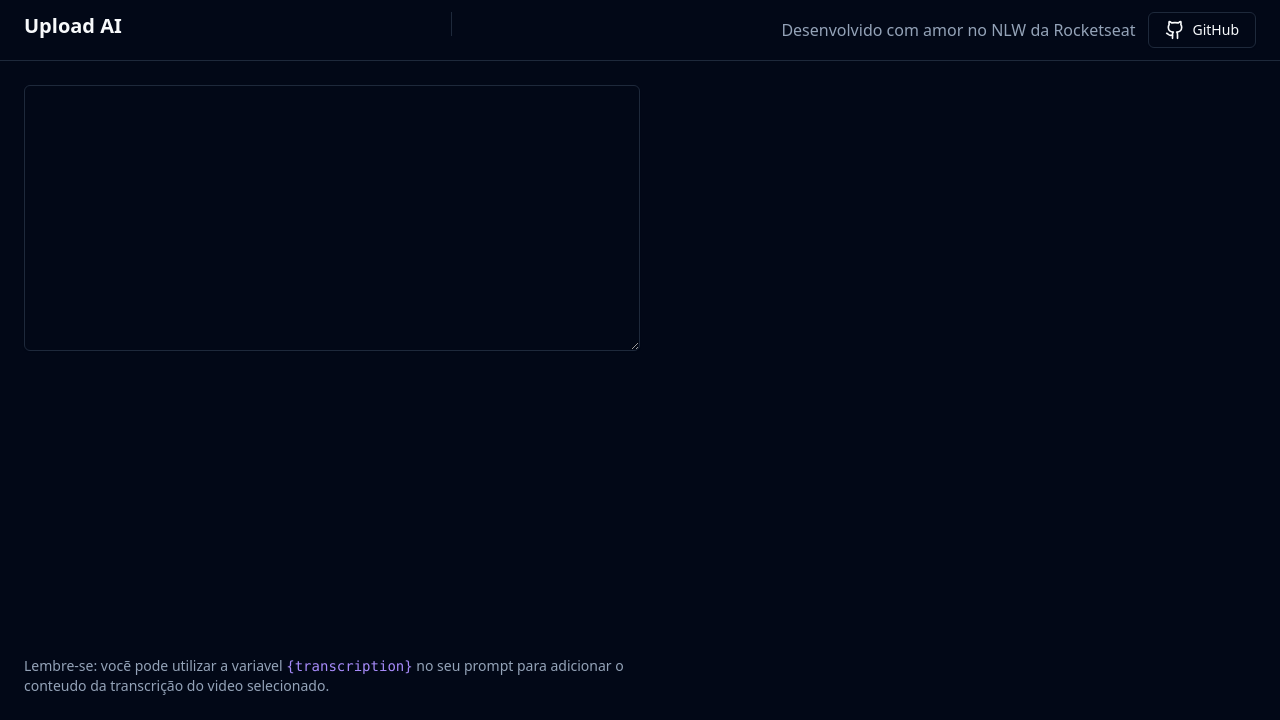
Repository: brksaian/nlw-2023-IA
Page: /
The author's editor kept a copy of each file at every save. The page is drawn from the files as they stood at one save, then again after the next save.
The browser window is 1280 px wide. The pictures show the whole page.
The project was rebuilt for these pictures with package versions that can differ from the ones it lists, and the page was loaded fresh each time. Also part of the build but not shown: vite.config.ts.

Above is the page before, as saved 2023-09-12 21:56:53.

After the next save:
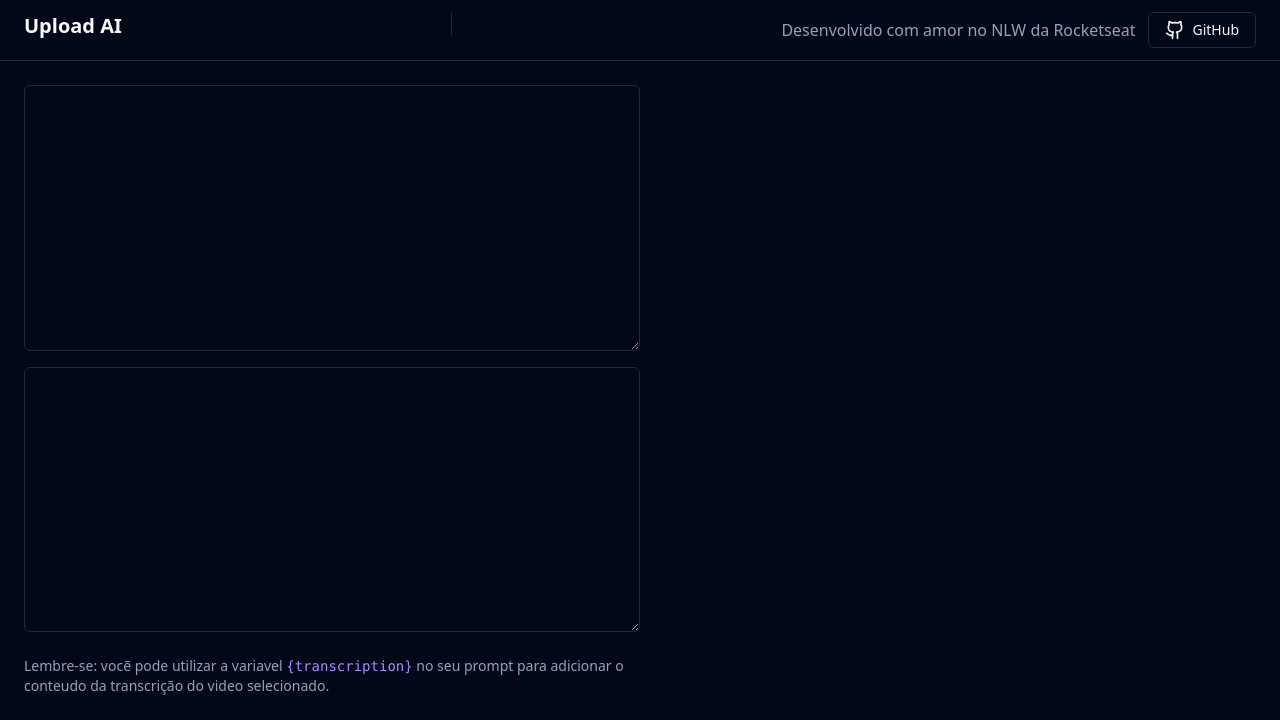
Saved 45 s later.
--- a/src/App.tsx
+++ b/src/App.tsx
@@ -25,6 +25,7 @@ export function App() {
         <div className="flex flex-col gap-6 w-1/2">
           <div className="grid grid-rows-2 gap-4 flex-1">
             <Textarea />
+            <Textarea />
           </div>
           <p className="text-sm text-muted-foreground">
             Lembre-se: vocẽ pode utilizar a variavel{" "}
